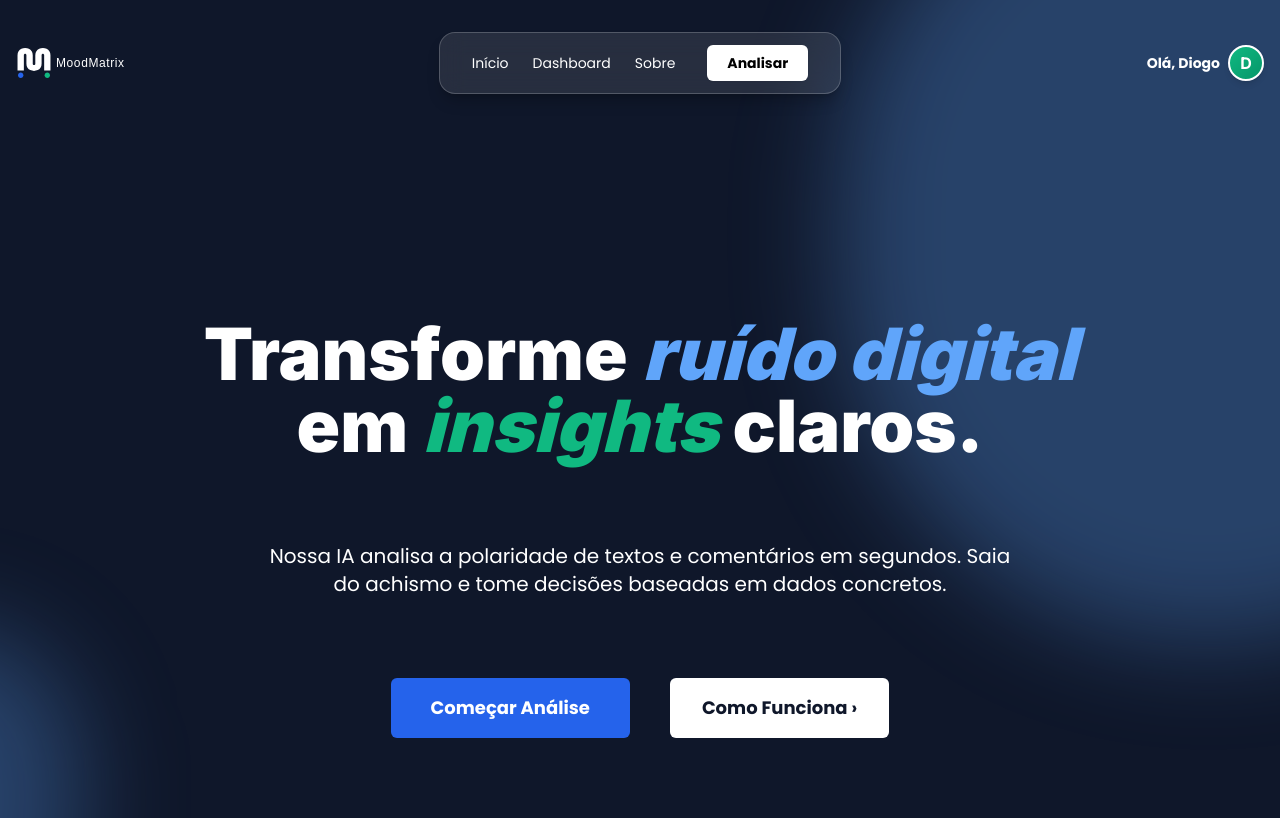
Repository: Hackaton-ONE/hackathon-Frontend
Page: /
An editor plug-in stored every save of this project. The page is shown before and after the next save, followed by the edit.
The browser window is 1280 px wide. The pictures show the whole page.
An inner scrolling area shows only its first screen. Some web fonts or font styles are not loaded; a fallback is used. The project was rebuilt for these pictures with package versions that can differ from the ones it lists, and the page was loaded fresh each time. The framework's server and built-in components were replaced by stand-ins that run in the browser. Also part of the build but not shown: next.config.ts.

Above is the page before, as saved 2026-01-02 13:09:40.

### app/layout.tsx
import type { Metadata } from "next";
import { Inter, Poppins, MuseoModerno } from "next/font/google"; // 1. Importar Poppins
import "./globals.css";


// 2. Configurar Inter
const inter = Inter({
  subsets: ["latin"],
  variable: "--font-inter",
});

// 3. Configurar Poppins (Pesos comuns: 400, 600, 700)
const poppins = Poppins({
  weight: ['400', '600', '700'],
  subsets: ["latin"],
  variable: "--font-poppins",
});

const museo = MuseoModerno({
  subsets: ["latin"],
  variable: "--font-museo",
  display: "swap",
});

export const metadata: Metadata = {
  title: "MoodMatrix",
  description: "Análise de sentimentos com IA",
};

export default function RootLayout({
  children,
}: Readonly<{

  children: React.ReactNode;
}>) {
  return (
    <html lang="pt-br">
      {/* 4. Adicionar ambas as variáveis no body */}
      <body className={`${inter.variable} ${poppins.variable} ${museo.variable} bg-mood-dark text-white font-sans antialiased`}>

        {children}
      </body>
    </html>
  );
}

### app/page.tsx
import { Navbar } from "@/components/Navbar";
import { HeroSection } from "../components/HeroSection";

export default function Home() {
  return (
    <main className="min-h-screen bg-mood-dark text-white selection:bg-neon-green selection:text-mood-dark overflow-x-hidden">
      {/* A Navbar já está no layout.tsx, então não precisa repetir aqui se já colocou lá */}
      <Navbar />
      <HeroSection />

      {/* Aqui virão as próximas seções (Tech Stack, Benefícios, etc.) */}

    </main>
  );
}

### app/globals.css
@tailwind base;
@tailwind components;
@tailwind utilities;

/* Define o fundo padrão do site inteiro e a cor do texto */
body {
  background-color: #0F172A; /* mood.dark */
  color: #ffffff;
  min-height: 100vh;
}

/* Utilitário para o efeito de Vidro (Glassmorphism) */
.glass {
  background: rgba(30, 41, 59, 0.4); /* mood.gray com transparência */
  backdrop-filter: blur(12px);
  -webkit-backdrop-filter: blur(12px);
  border: 1px solid rgba(255, 255, 255, 0.1);
}

/* === PERSONALIZAÇÃO DA BARRA DE ROLAGEM === */

/* 1. Define a largura da barra */
::-webkit-scrollbar {
  width: 8px;
  height: 8px;
}

/* 2. Remove o fundo (Track) */
::-webkit-scrollbar-track {
  background: transparent;
}

/* 3. Cor da barra (Thumb)*/
::-webkit-scrollbar-thumb {
  background-color: #2563EB;
  border-radius: 9999px;
}

/* 4. Efeito ao passar o mouse */
::-webkit-scrollbar-thumb:hover {
  background-color: #60A5FA; /* blue-light */
}

/* 5. Remove as setas (Buttons) */
::-webkit-scrollbar-button {
  display: none;
}

### components/Navbar.tsx
"use client";

import Link from "next/link";
import { useState } from "react";
import { Menu, X } from "lucide-react";
import Image from "next/image";

// Componente NavLink (Link com sublinhado azul)
const NavLink = ({ href, children }: { href: string; children: React.ReactNode }) => (
  <Link
    href={href}
    className="relative group text-white transition-colors font-medium text-sm"
  >
    {children}
    <span className="absolute -bottom-1 left-0 w-0 h-[2px] bg-blue-default transition-all duration-300 ease-out group-hover:w-full" />
  </Link>
);

export function Navbar() {
  const [isOpen, setIsOpen] = useState(false);

  return (
    // Container Principal
    <div className="relative top-0 left-0 w-full z-10 px-4 py-8">

      <div className="max-w-[1600px] mx-auto flex justify-between items-center lg:grid lg:grid-cols-3">

        {/* =======================
            1. LOGO (Coluna 1 - Alinhado à Esquerda)
           ======================= */}
        <div className="flex justify-start">
          <Link href="/" className="flex items-center gap-1 z-50 group">
            <div className="relative w-8 h-8 lg:w-9 lg:h-9 flex items-center justify-center">
              <Image
                src="/logo.svg"
                alt="Logo MoodMatrix"
                fill
                className="object-contain"
              />
            </div>

            <span className="text-white font-medium text-xs font-museo tracking-wider">
              Mood<span>Matrix</span>
            </span>
          </Link>
        </div>

        {/* =======================
            2. PÍLULA CENTRAL (Coluna 2)
            MUDANÇA: 'hidden lg:flex'
            (Escondido em Tablet/Mobile, Flex em Notebook+)
           ======================= */}
        <div className="hidden lg:flex justify-center">
          <nav className="flex items-center gap-8 pl-8 pr-8 py-3 rounded-2xl bg-white/10 backdrop-blur-md border border-white/20 shadow-lg shadow-black/20">
            {/* Links */}
            <div className="flex items-center gap-6 font-poppins font-bold">
              <NavLink href="/">Início</NavLink>
              <NavLink href="/dashboard">Dashboard</NavLink>
              <NavLink href="#sobre">Sobre</NavLink>
            </div>

            {/* Botão Analisar */}
            <Link href="/analisar">
              <button className="bg-white hover:bg-neon-orange text-black font-poppins font-bold text-sm px-5 py-2 rounded-md transition-all duration-200 shadow-sm hover:shadow-md">
                Analisar
              </button>
            </Link>
          </nav>
        </div>

        {/* =======================
            3. AVATAR / MENU (Coluna 3 - Alinhado à Direita)
           ======================= */}
        <div className="flex justify-end items-center gap-4 z-50">

          {/* Avatar (Desktop) */}
          <div className="hidden lg:flex items-center gap-2 pl-4">
            <div className="text-right hidden lg:block">
              <p className="font-poppins text-sm font-bold text-white">Olá, Diogo</p>
            </div>
            <div className="w-9 h-9 rounded-full bg-gradient-to-br from-neon-green to-emerald-600 flex items-center justify-center text-white font-bold border-2 border-white shadow-md">
              D
            </div>
          </div>

          {/* Botão Hambúrguer (Mobile) */}
          <button
            onClick={() => setIsOpen(!isOpen)}
            className="lg:hidden text-white hover:text-neon-blue transition p-1"
          >
            {isOpen ? <X size={28} /> : <Menu size={28} />}
          </button>
        </div>

      </div>

      {/* =======================
          4. MENU MOBILE DROPDOWN
         ======================= */}
      {isOpen && (
        <div className="lg:hidden absolute top-24 left-4 right-4 z-10 bg-mood-dark/95 backdrop-blur-xl border border-white/10 rounded-2xl p-4 shadow-2xl animate-in fade-in slide-in-from-top-5">

          <div className="flex flex-col space-y-1">
            <Link href="/" onClick={() => setIsOpen(false)} className="block px-4 py-3 text-white/90 hover:text-white hover:bg-blue-default rounded-lg transition-colors text-sm font-medium">
              Início
            </Link>
            <Link href="/dashboard" onClick={() => setIsOpen(false)} className="block px-4 py-3 text-white/90 hover:text-white hover:bg-blue-default rounded-lg transition-colors text-sm font-medium">
              Dashboard
            </Link>
            <Link href="#sobre" onClick={() => setIsOpen(false)} className="block px-4 py-3 text-white/90 hover:text-white hover:bg-blue-default rounded-lg transition-colors text-sm font-medium">
              Sobre
            </Link>
          </div>

          <div className="my-3 border-t border-white/10" />

          <Link href="/analisar" onClick={() => setIsOpen(false)}>
            <button className="w-full bg-white hover:bg-neon-orange text-mood-dark border border-white/20 font-poppins font-bold text-sm py-3 rounded-lg transition-all duration-200">
              Analisar
            </button>
          </Link>

          <div className="mt-4 pt-4 border-t border-white/10 flex items-center gap-3">
            <div className="w-8 h-8 rounded-full bg-gradient-to-br from-neon-green to-emerald-600 flex items-center justify-center text-white font-bold text-xs">
              D
            </div>
            <div>
              <p className="text-sm font-bold text-white">Diogo</p>
              <p className="text-xs text-gray-400">diogo@exemplo.com</p>
            </div>
          </div>

        </div>
      )}
    </div>
  );
}

### components/HeroSection.tsx
import Link from "next/link";
import { Button } from "./Button"; // Importando seu botão personalizado

export function HeroSection() {
  return (
    <section className="relative pt-32 lg:pt-48 pb-20 px-4">

      {/* =========================================
          ELEMENTOS DECORATIVOS DE FUNDO (GLOWS)
          ========================================= */}

{/* 1. ELIPSE MAIOR (Direita/Topo)
          x: 946.5, y: -78.06 -> right-0 top-[-78px] (Ajustado para responsivo)
          w: 743.5, h: 817.56 -> w-[743px] h-[817px]
          fill: 60A5FA 30% -> bg-blue-light/30
          blur: 160 -> blur-[160px]
      */}
      <div
        className="
          absolute
          top-[-500px] xl:top-[-300px] lg:top-[-250px]
          right-[-600px] lg:right-[-100px] xl:right-[-300px] /* Ajuste fino para telas diferentes */
          w-[743px]
          h-[817px]
          bg-blue-light/30
          blur-[50px]
          rounded-full
          z-100
          pointer-events-none
        "
      />

      {/* 2. ELIPSE MENOR (Esquerda/Baixo)
          x: -90, y: 546 -> left-[-90px] top-[546px]
          w: 282, h: 343 -> w-[282px] h-[343px]
          fill: 60A5FA 30% -> bg-blue-light/30
          blur: 160 -> blur-[160px]
      */}
      <div
        className="
          absolute
          top-[300px] lg:top-[500px] 2xl:top-[400px]
          left-[-200px]  2xl:left-[-100px]
          w-[282px]
          h-[343px]
          bg-blue-light/30
          blur-[50px]
          rounded-full
          z-100
          pointer-events-none
        "
      />


      {/* =========================================
          CONTEÚDO PRINCIPAL
          ========================================= */}
      <div className="relative z-100 max-w-7xl mx-auto text-center flex flex-col items-center">

        {/* TÍTULO */}
        <h1 className="font-inter font-black text-4xl md:text-6xl lg:text-7xl 2xl:text-8xl leading-tight text-white mb-8 md:mb-14 lg:mb-20 max-w-7xl">
          Transforme <span className="italic text-blue-light">ruído digital</span> <br className="hidden md:block" />
          em <span className="italic text-neon-green">insights</span> claros.
        </h1>

        {/* SUBTÍTULO */}
        <p className="font-poppins font-light text-white text-base md:text-xl mb-8 md:mb-14 lg:mb-20 max-w-3xl">
          Nossa IA analisa a polaridade de textos e comentários em segundos. Saia do achismo e tome decisões baseadas em dados concretos.
        </p>

        {/* BOTÕES DE AÇÃO (CTA) */}
        <div className="flex flex-col sm:flex-row gap-10 w-full sm:w-auto">
          <Link href="/analisar">
            <Button variant="primary" className="w-full sm:w-auto text-lg px-8 lg:px-10 py-4 bg-blue-default hover:bg-neon-green font-poppins">
              Começar Análise
            </Button>
          </Link>

          <Link href="#como-funciona">
            <Button variant="outline" className="w-full sm:w-auto text-lg px-8 py-4 bg-white  font-poppins">
              Como Funciona ›
            </Button>
          </Link>
        </div>

      </div>
    </section>
  );
}

### components/Button.tsx
import React from "react";

interface ButtonProps extends React.ButtonHTMLAttributes<HTMLButtonElement> {
  variant?: "primary" | "outline" | "ghost";
  children: React.ReactNode;
}

export function Button({ variant = "primary", className = "", children, ...props }: ButtonProps) {

  const baseStyles = "px-6 py-3 rounded-md font-bold transition-all duration-200 flex items-center justify-center gap-2 active:scale-[0.98]";

  const variants = {
    primary: "text-white active:translate-y-1",

    // Outline (Borda simples)
    outline: "text-mood-dark",

    // Ghost (Transparente)
    ghost:   "bg-transparent text-gray-400 hover:text-white hover:bg-white/5",
  };

  return (
    <button
      className={`${baseStyles} ${variants[variant]} ${className}`}
      {...props}
    >
      {children}
    </button>
  );
}

### tailwind.config.ts
/** @type {import('tailwindcss').Config} */
const config = {
  // Configuração de onde o Tailwind procura as classes
  content: [
    "./app/**/*.{js,ts,jsx,tsx,mdx}",
    "./pages/**/*.{js,ts,jsx,tsx,mdx}",
    "./components/**/*.{js,ts,jsx,tsx,mdx}",
    "./src/app/**/*.{js,ts,jsx,tsx,mdx}",
    "./src/pages/**/*.{js,ts,jsx,tsx,mdx}",
    "./src/components/**/*.{js,ts,jsx,tsx,mdx}",
  ],
  theme: {
    extend: {
      colors: {
        white: "#FFFFFF",
        mood: {
          dark: "#0F172A", // Fundo Azul Escuro
          nav: "#FFFFFF",  // Base para Navbar
        },
        blue: {
          light: "#60A5FA",   // Azul Claro
          default: "#2563EB", // Azul Padrão
          dark: "#1E3A8A",    // Azul Escuro
        },
        neon: {
          green: "#10B981",
          red: "#B91C1C",
          orange: "#F59E0B",
        },
      },
      fontFamily: {
        sans: ['var(--font-inter)', 'sans-serif'],
        poppins: ['var(--font-poppins)', 'sans-serif'],
        museo: ['var(--font-museo)', 'sans-serif'],
      },
      backgroundImage: {
        // Gradientes de Seta e Barra de Progresso
        'gradient-pos': 'linear-gradient(to right, #2563EB, #10B981)',
        'gradient-neg': 'linear-gradient(to right, #B91C1C, #F59E0B)',

        // Gradientes Sutis para os Cards (Glassmorphism)
        'card-blue': 'linear-gradient(180deg, rgba(255, 255, 255, 0) 0%, rgba(96, 165, 250, 0.05) 100%)',
        'card-green': 'linear-gradient(180deg, rgba(255, 255, 255, 0) 0%, rgba(16, 185, 129, 0.05) 100%)',
        'card-red': 'linear-gradient(180deg, rgba(255, 255, 255, 0) 0%, rgba(185, 28, 28, 0.05) 100%)',
        'card-orange': 'linear-gradient(180deg, rgba(255, 255, 255, 0) 0%, rgba(245, 158, 11, 0.05) 100%)', // NOVO
      }
    },
  },
  plugins: [],
};

export default config;

After the next save:
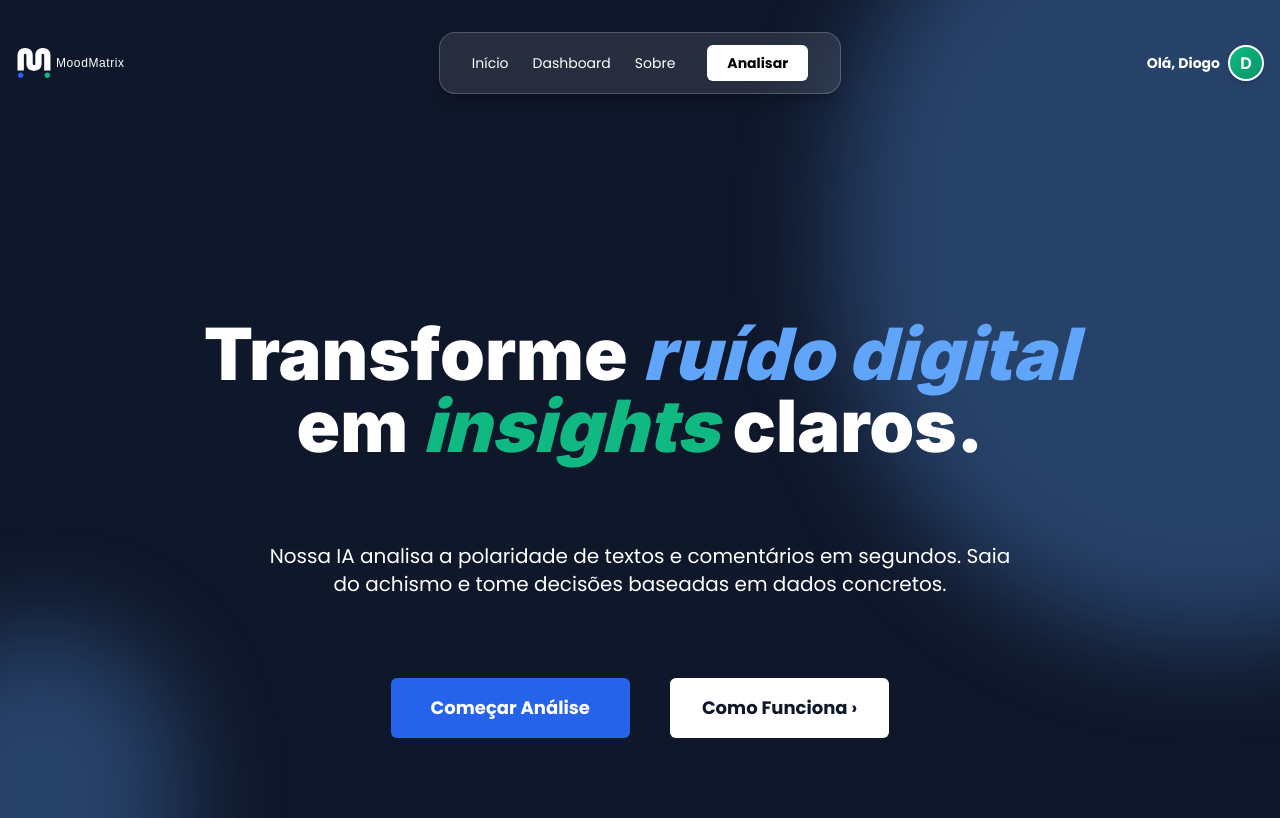
Saved 10 s later.
--- a/components/HeroSection.tsx
+++ b/components/HeroSection.tsx
@@ -40,7 +40,7 @@ export function HeroSection() {
         className="
           absolute
           top-[300px] lg:top-[500px] 2xl:top-[400px]
-          left-[-200px]  2xl:left-[-100px]
+          left-[-200px] lg:left-[-100px] 2xl:left-[-100px]
           w-[282px]
           h-[343px]
           bg-blue-light/30
